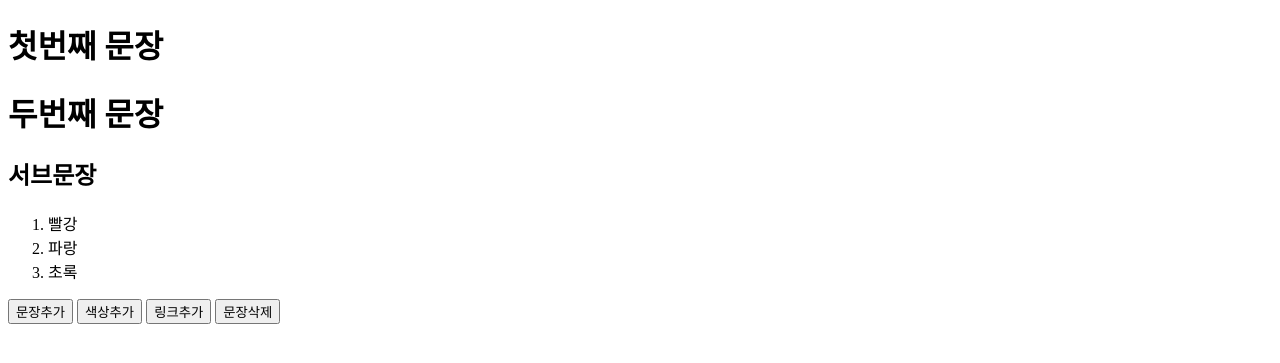
Repository: chopilyeon/JavaWeb
Page: LectureWeb/src/main/webapp/jquery/exam04.html
The author's editor kept a copy of each file at every save. The page is drawn from the files as they stood at one save, then again after the next save.
The browser window is 1280 px wide. The pictures show the whole page.

Above is the page before, as saved 2022-05-30 08:22:33.

### LectureWeb/src/main/webapp/jquery/exam04.html
<!DOCTYPE html>
<html>
<head>
<meta charset="UTF-8">
<title>Insert title here</title>

<script src ="https://code.jquery.com/jquery-3.6.0.js"></script>
<script>
$(document).ready(function(){
/*
	$('#btn01').click(function(){
		let h1Tag=document.createElement('h1')
		let text=document.createTextNode("세번째 문장")
		h1Tag.appendChild(text)
		let divTag=document.querySelector('div')
		divTag
		divTag.appendChild(h1Tag)
	})
	//이렇게 한방에 해결할 수 있음
	*/
	$('#btn01').click(function(){
	//댓글이 위에 달리는지 밑에 달리는지는 여기서 설정한다!!
	//$('div').append('<h1>세번째 문장</h1>')
	$('div').prepend('<h1>세번째 문장</h1>') // 이거는 큰자식으로 들어가게 됨
	//div의 자식태그로 넣어주겠다 이거임. 위에꺼보다 훨씬 간단함.
})
	$('#btn02').click(function(){
		$('ol').append('<li>노랑</li>','<li>보라</li>')
	})


	//<after> 치면은 바로 옆에다가 만들 수 있음.
	//after('<button>')
	//before()
	$('#btn03').click(function(){
		$('div').before('<a href="http://www.naver.com">네이버</a>') // 형제로 가는게 before after
	})


	//자식으로 가는게 append prepend임

	//let은 지역변수임 pTags값 인식을 못함. 윈도우 객체에 추가시키자!!
	$('#btn04').click(function(){
		/* let pTags=document.querySelectorAll('h1') // let을 이런식으로 쓰면은 block안에서만 놀 수 있음  let안 붙이면은 윈도우 객체에 들어감.
		for(let i = 0; i<pTags.length;i++){
			//pTags[i].remove() //이게 안먹을 수도 있으니
			ptags[i].parentNode.removeChild(pTags[i]) //부모 태그를 찾아서 그 아이를 찾아내라~!!
		}
		 */
		$('div').remove() // 이러면 div를 지워버림 우리는 자식들을 지우고 싶음.
		$('div').empty() // 이러면 자식만 지워버림.
		$('div>*').remove('h1') // 이렇게 h1 태그만 지울 수도 있음. //div 의 자식중에 h1태그!!!!!
		// .remove('.c01','#id01') // 이렇게도 지울 수 있다
		//$('div>h1') // h1만 갖고 오라!!
	})




})
</script>



</head>
<body>
	<div>
		<h1>첫번째 문장</h1>
		<h1>두번째 문장</h1>
		<h2>서브문장</h2>
	</div>
	<ol>
		<li>빨강</li>
		<li>파랑</li>
		<li>초록</li>

	</ol>
	<button id="btn01">문장추가</button>
	<button id="btn02">색상추가</button>
	<button id="btn03">링크추가</button>
	<button id="btn04">문장삭제</button>

</body>
</html>

After the next save:
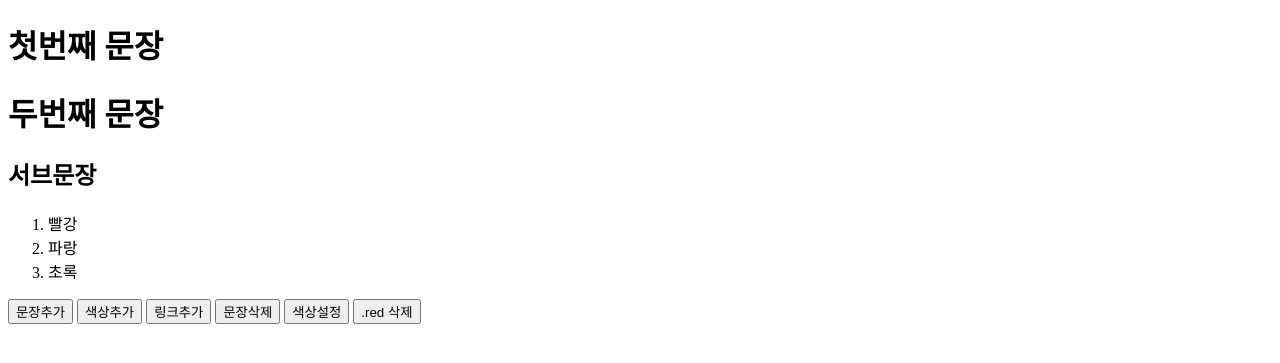
Saved 3 min 1 s later.
--- a/LectureWeb/src/main/webapp/jquery/exam04.html
+++ b/LectureWeb/src/main/webapp/jquery/exam04.html
@@ -3,6 +3,14 @@
 <head>
 <meta charset="UTF-8">
 <title>Insert title here</title>
+
+<style>
+	red{}
+
+
+</style>
+
+
 
 <script src ="https://code.jquery.com/jquery-3.6.0.js"></script>
 <script>
@@ -79,6 +87,9 @@ $(document).ready(function(){
 	<button id="btn02">색상추가</button>
 	<button id="btn03">링크추가</button>
 	<button id="btn04">문장삭제</button>
+	<button id="btn05">색상설정</button>
+	<button id="btn05">.red 삭제</button>
+
 
 </body>
 </html>
